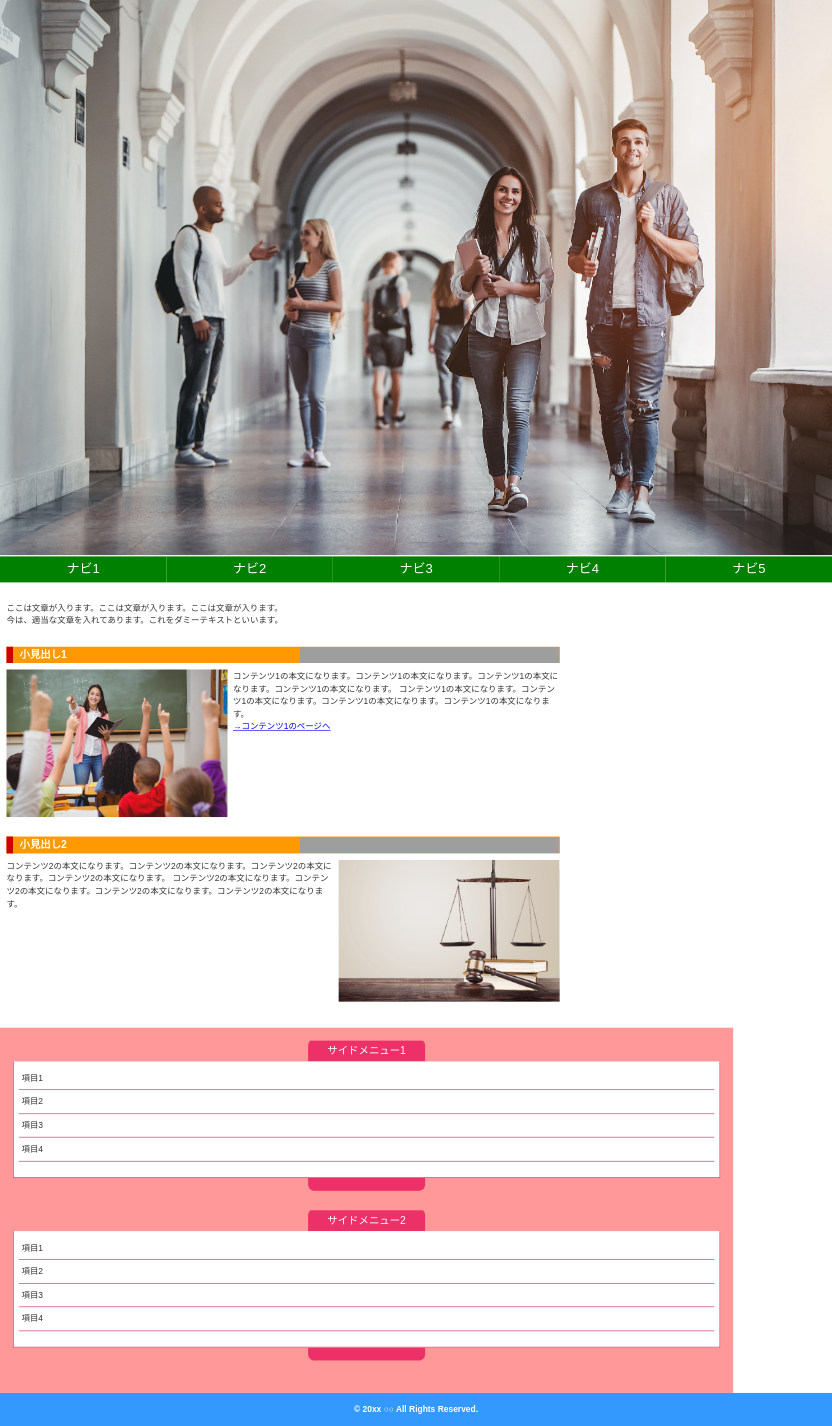
Repository: hidamarisaru/samurai_HTML-CSS
Page: index.html
The author's editor kept a record of every edit. The page is drawn from the files as they stood at one moment, then again after the next edit.
The browser window is 1280 px wide. The pictures show the whole page, at 65% of full size.
Pictures or frames that could not be fetched are drawn as grey boxes.

Above is the page before.

After the next edit:
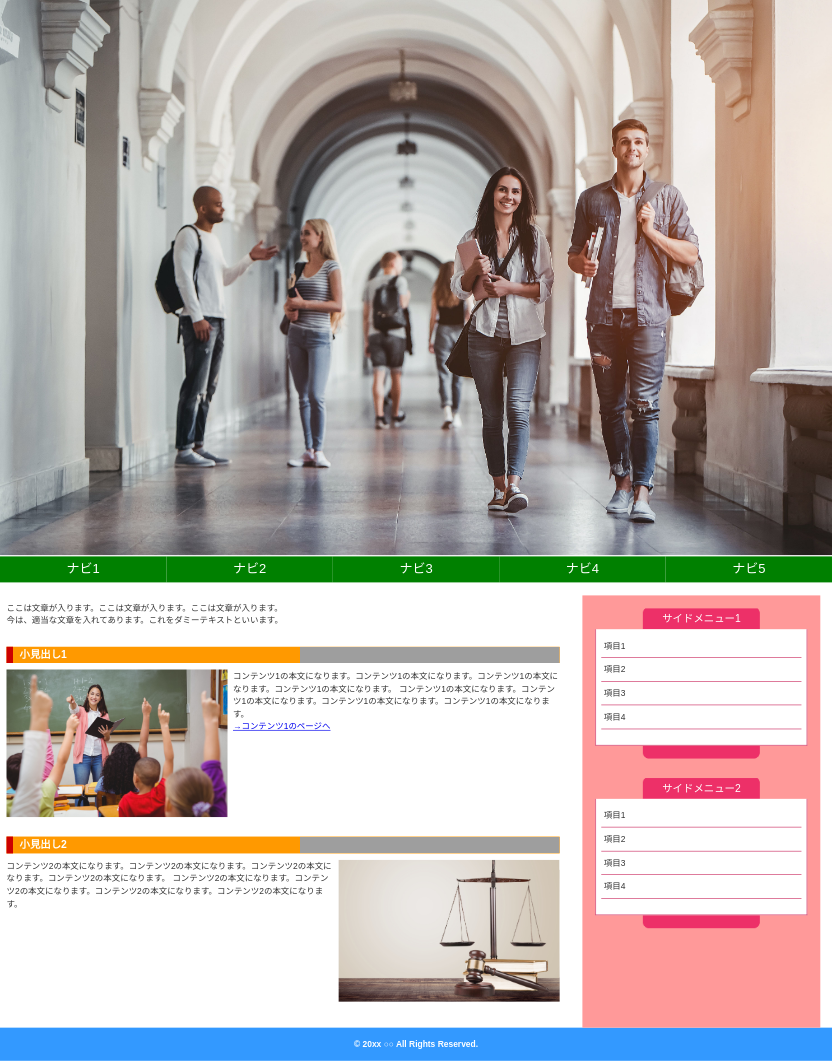
The edit:
--- a/index.html
+++ b/index.html
@@ -42,28 +42,28 @@
                         </p>
                     </div>
                 </div>
-            </div>
-            <div id="side">
-                <div class="box">
-                    <h2>サイドメニュー1</h2>
-                    <div class="boxBody">
-                        <ul>
-                            <li>項目1</li>
-                            <li>項目2</li>
-                            <li>項目3</li>
-                            <li>項目4</li>
-                        </ul>
+                <div id="side">
+                    <div class="box">
+                        <h2>サイドメニュー1</h2>
+                        <div class="boxBody">
+                            <ul>
+                                <li>項目1</li>
+                                <li>項目2</li>
+                                <li>項目3</li>
+                                <li>項目4</li>
+                            </ul>
+                        </div>
                     </div>
-                </div>
-                <div class="box">
-                    <h2>サイドメニュー2</h2>
-                    <div class="boxBody">
-                        <ul>
-                            <li>項目1</li>
-                            <li>項目2</li>
-                            <li>項目3</li>
-                            <li>項目4</li>
-                        </ul>
+                    <div class="box">
+                        <h2>サイドメニュー2</h2>
+                        <div class="boxBody">
+                            <ul>
+                                <li>項目1</li>
+                                <li>項目2</li>
+                                <li>項目3</li>
+                                <li>項目4</li>
+                            </ul>
+                        </div>
                     </div>
                 </div>
             </div>
